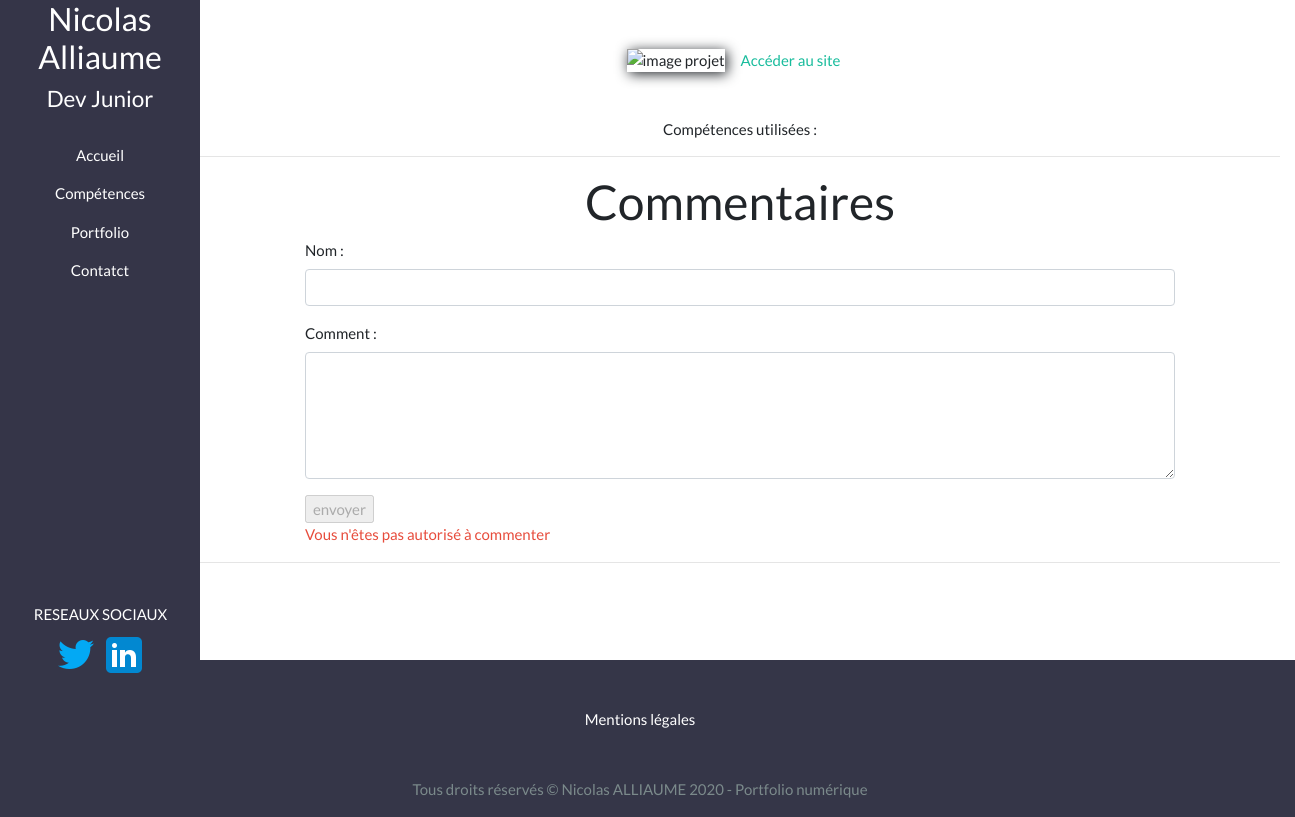
Repository: Nicolas-al/alliaumen
Page: templates/portfolio/index.html.twig
These files come from the project's save history. The page is drawn as it stood at one moment and after the next save; the edit follows.
The browser window is 1280 px wide. The page is 1295 px wide, so the pictures cover 1295 px, including what lies to the right of the window. The pictures show the whole page.
Some web fonts or font styles are not loaded; a fallback is used. Some web libraries are served in a nearby version. The page is a Twig template of a Symfony application; nobody is signed in and links lead nowhere. The template is opened directly, without the code that normally fills it, so the values that code supplies are empty.

Above is the page before, as saved 2020-09-14 16:16:14.

After the next save:
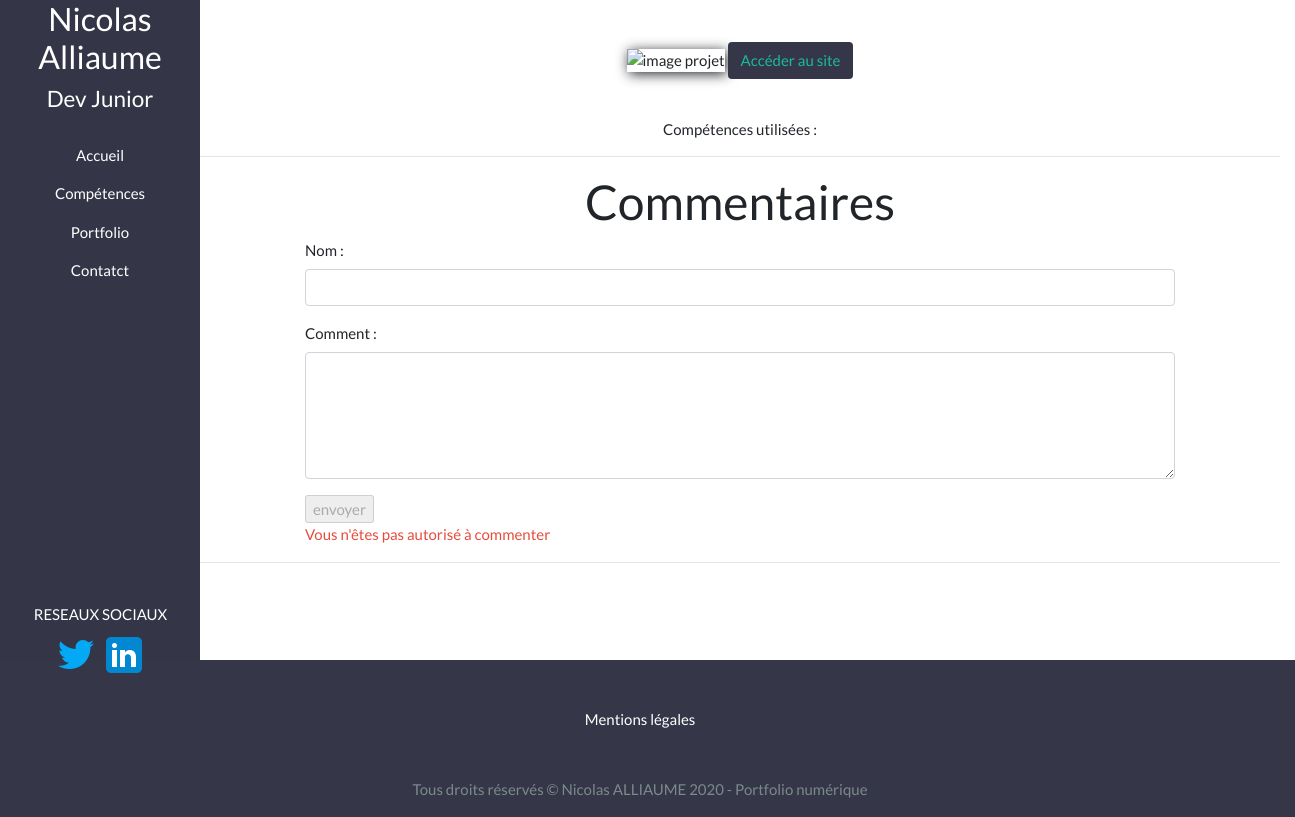
Saved 104 s later.
--- a/public/css/project.css
+++ b/public/css/project.css
@@ -17,6 +17,9 @@ figure{
 }
 figure img{
     box-shadow: 2px 2px 13px;
+}
+figure .btn{
+    background: #353648;
 }
 figcaption{
     margin-top: 39px
